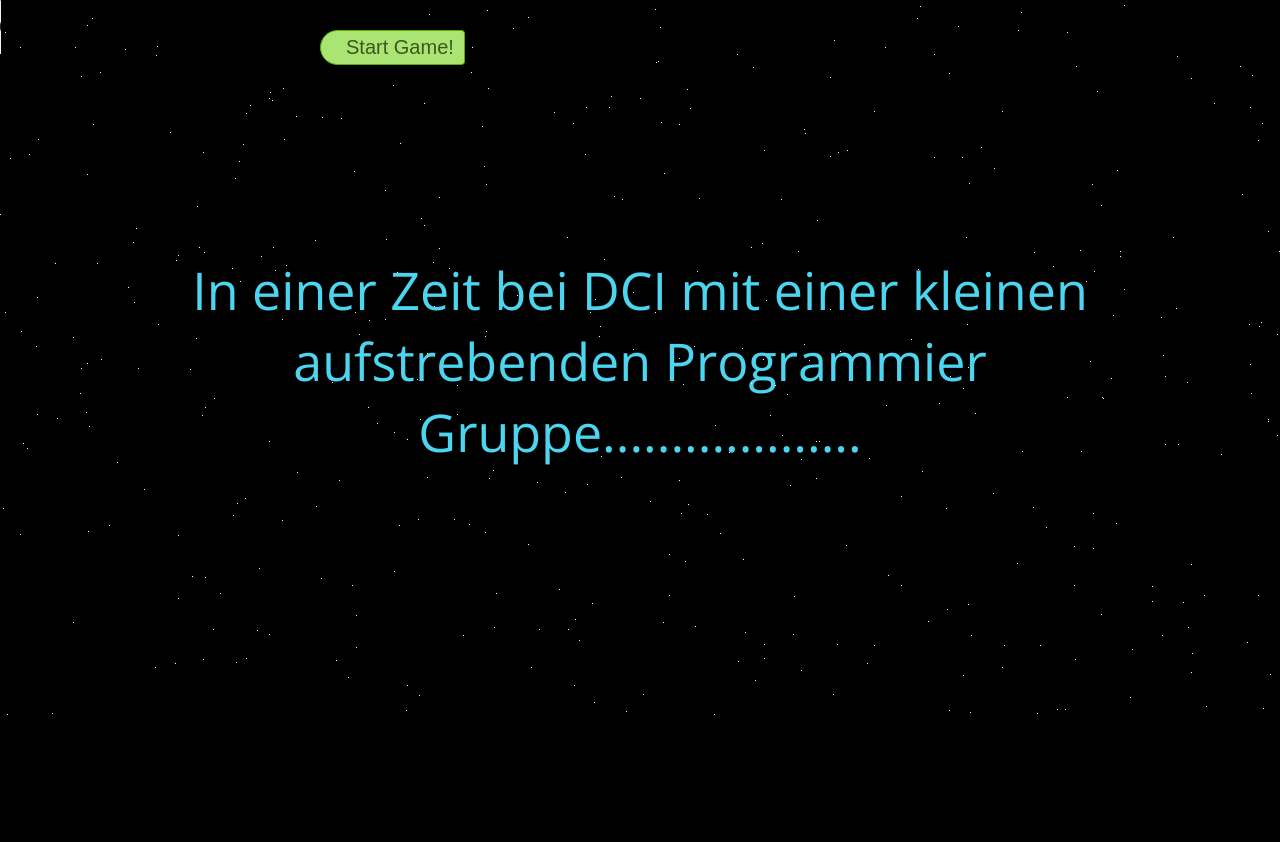
Repository: Der-Metatron/Projekt-Omega-Sprotte
Page: /
These files come from the project's save history. The page is drawn as it stood at one moment and after the next save; the edit follows.
The browser window is 1280 px wide. The pictures show the whole page.
The project was rebuilt for these pictures with package versions that can differ from the ones it lists, and the page was loaded fresh each time. Also part of the build but not shown: src/services/game-control.js, src/components/GameCanvas.css, src/components/GameCanvas.jsx, src/components/Footer.jsx.

Above is the page before, as saved 2022-06-23 17:31:33.

After the next save:
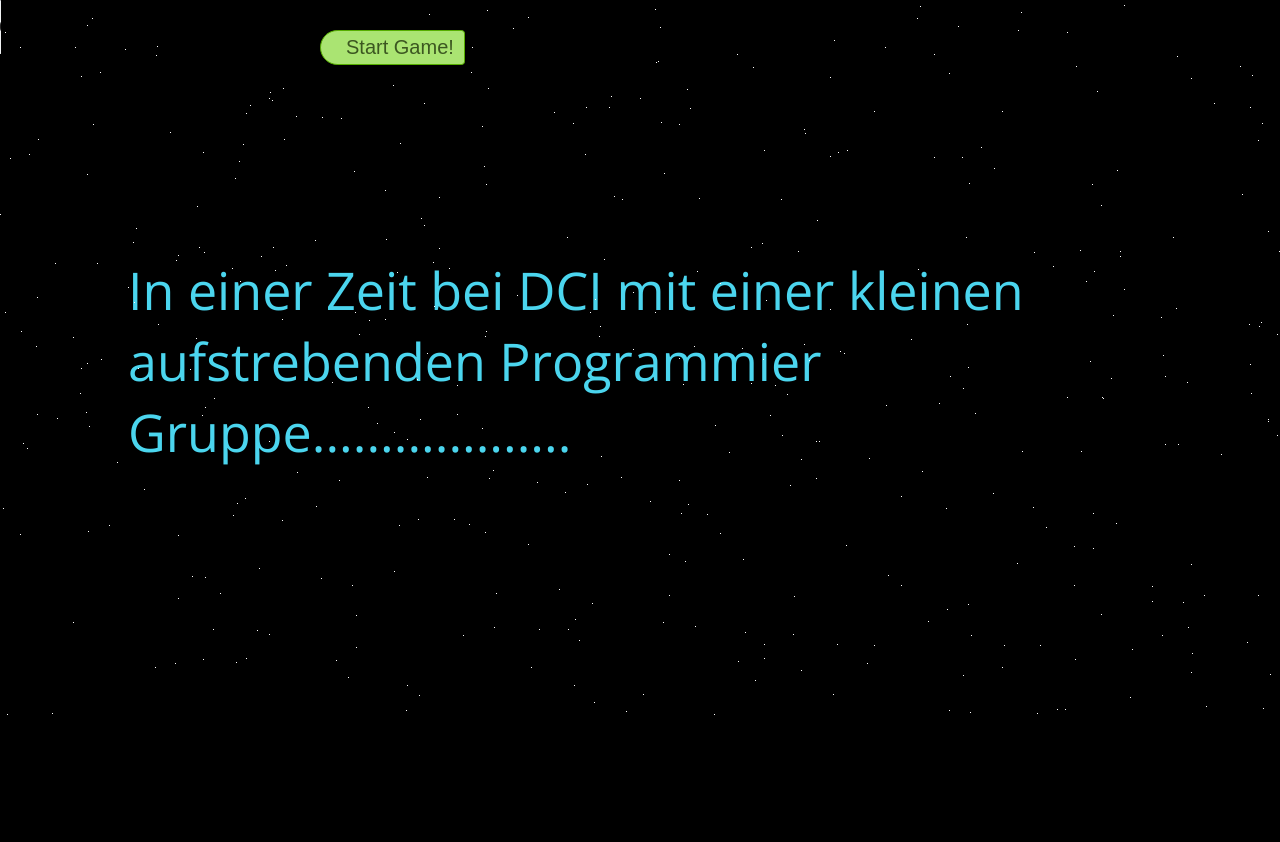
Saved 4 min 55 s later.
--- a/src/App.js
+++ b/src/App.js
@@ -8,7 +8,7 @@
 function App() {
   const [currentPage, setCurrentPage] = useState(0);
   return (
-    <div className="App">
+    <div className="Appwilkommen">
       {currentPage === 0 ? (
         <>
           <Welcome

After the 2 saves that followed:
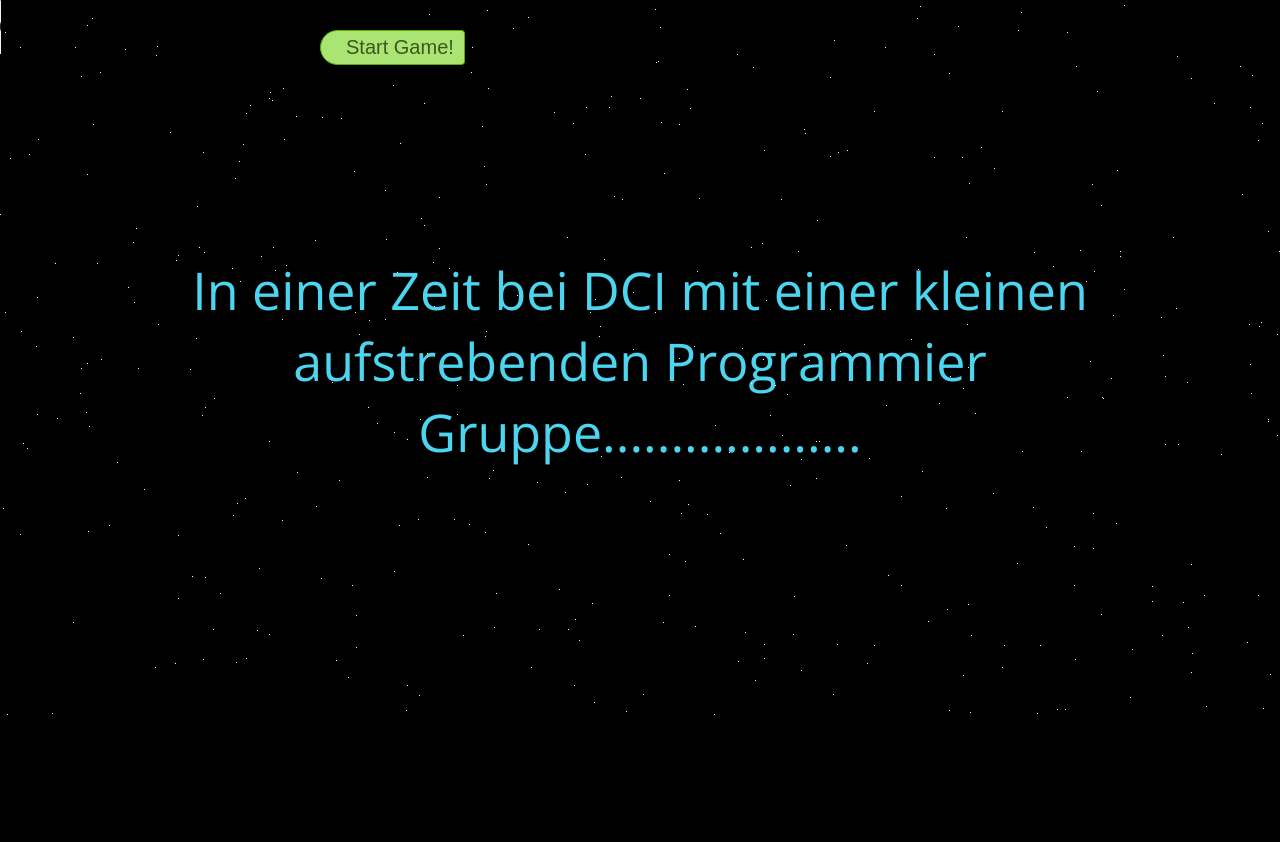
The 2 saves are shown as one change because 1 left the picture as it was.
The last was saved 57 s later.
--- a/src/App.js
+++ b/src/App.js
@@ -8,7 +8,7 @@
 function App() {
   const [currentPage, setCurrentPage] = useState(0);
   return (
-    <div className="Appwilkommen">
+    <div className="App">
       {currentPage === 0 ? (
         <>
           <Welcome
